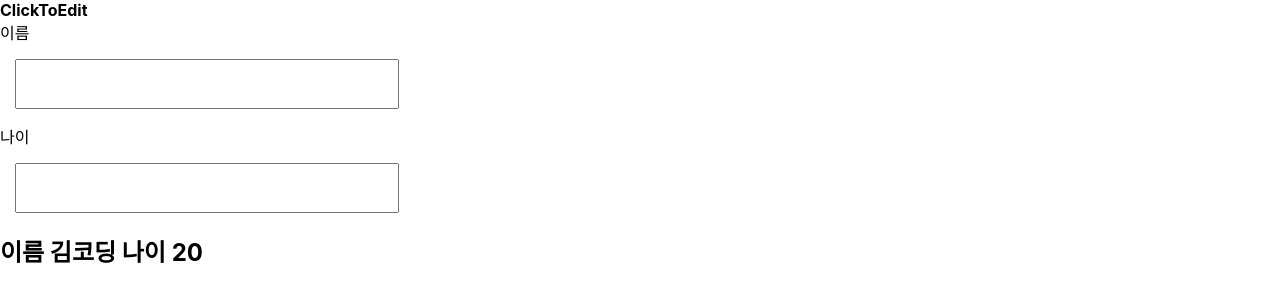
Repository: janghwahyun/wanted_pre_onboarding
Page: /ClickToEdit
An editor plug-in stored every save of this project. The page is shown before and after the next save, followed by the edit.
The browser window is 1280 px wide. The pictures show the whole page.
The project was rebuilt for these pictures with package versions that can differ from the ones it lists, and the page was loaded fresh each time. Also part of the build but not shown: src/component/AutoComplete.js, src/component/Modal.js, src/component/Tab.js, src/component/Toggle.js.

Above is the page before, as saved 2022-02-11 12:39:01.

After the next save:
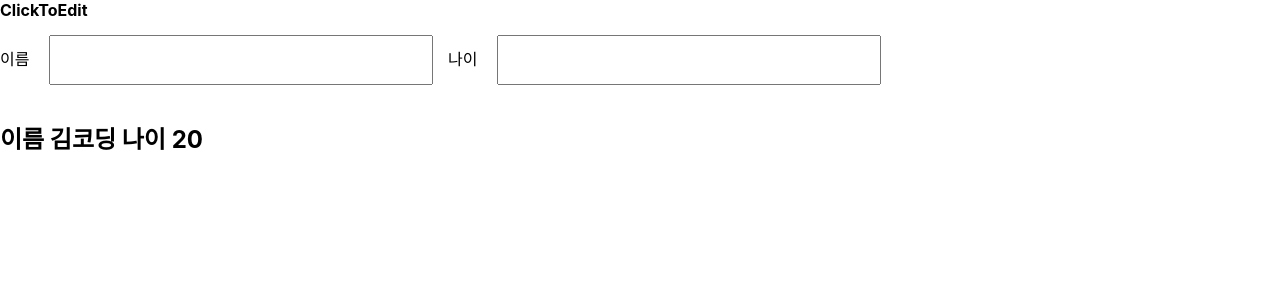
Saved 8 s later.
--- a/src/component/ClickToEdit.js
+++ b/src/component/ClickToEdit.js
@@ -32,7 +32,7 @@ const Form = styled.div`
 const Input = styled.input`
   width: 30%;
   height: 50px;
-  display: flex;
+  /* display: flex; */
   margin: 15px;
 
   justify-content: center;
